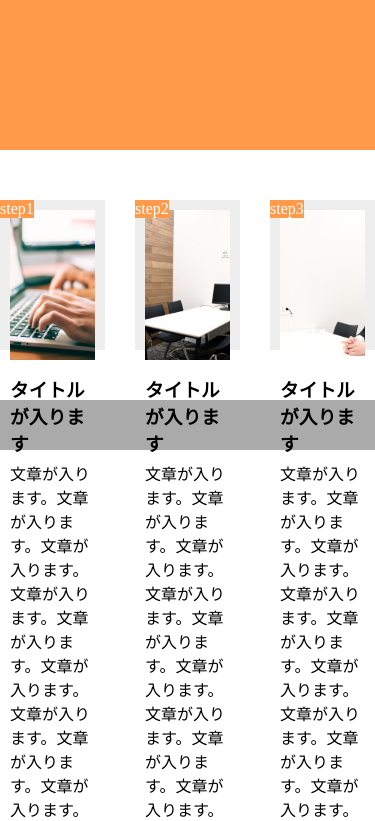
Repository: miho-baba/chapter10.1
Page: chapter9/chapter9.html
The author's editor kept a record of every edit. The page is drawn from the files as they stood at one moment, then again after the next edit.
The browser window is 375 px wide. The pictures show the whole page.

Above is the page before.

After the next edit:
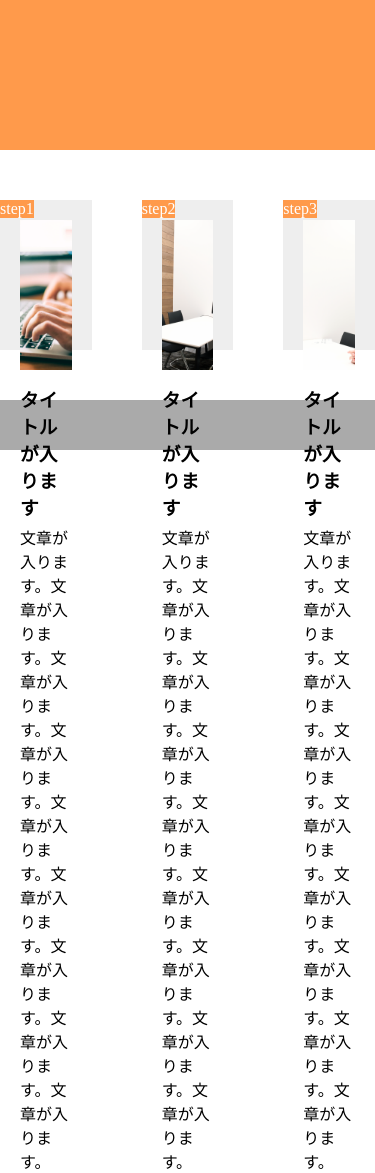
The edit:
--- a/chapter9/chapter9.css
+++ b/chapter9/chapter9.css
@@ -77,3 +77,53 @@
   margin: 50px auto;
   display: flex;
 }
+
+.step-box {
+  width: 90%;
+  margin-right: 50px;
+  padding: 20px;
+  position: relative;
+  background-color: #eee;
+}
+
+.step-box:last-child {
+  margin-right: 0;
+}
+
+.step-img1 {
+  height: 150px;
+  background-image: url(img/flow01.png);
+  background-position: bottom;
+  background-size: cover;
+}
+
+.step-img2 {
+  height: 150px;
+  background-image: url(img/flow02.png);
+  background-position: bottom;
+  background-size: cover;
+}
+
+.step-img3 {
+  height: 150px;
+  background-image: url(img/flow03.png);
+  background-position: bottom;
+  background-size: cover;
+}
+
+.step-num {
+  position: absolute;
+  top: 0;
+  left: 0;
+  background-color: #ff9a4b;
+  color: #fff;
+}
+
+.title {
+  margin: 15px 0 5px;
+}
+
+footer {
+  height: 50px;
+  background-color: #aaa;
+}
